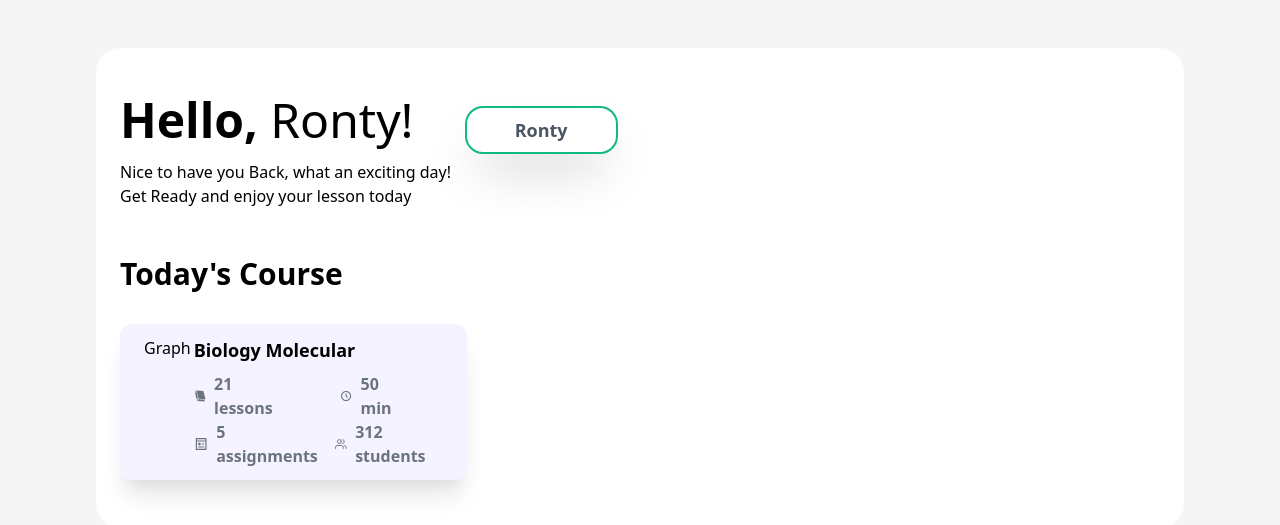
Repository: coolronts/Vite-Tailwind
Page: /
These files come from the project's save history. The page is drawn as it stood at one moment and after the next save; the edit follows.
The browser window is 1280 px wide. The pictures show the whole page.
The project was rebuilt for these pictures with package versions that can differ from the ones it lists, and the page was loaded fresh each time. Also part of the build but not shown: vite.config.js.

Above is the page before, as saved 2021-11-26 07:46:14.

### src/App.jsx
import './App.css'

import {Course, Intro} from './Section'
import { PrimaryButton, SecondaryButton } from './components/Button'

import {PrimaryCard} from './components/Card'
import SplitScreen from './components/SplitScreen'
import { useState } from 'react'

function App() {

  return (
    <div className="App bg-white my-12 mx-24 rounded-3xl px-6 py-12">
      <SplitScreen leftWeight = 'w-1/3'>
        <div id="left">
          <Intro/>
          <div id="course">
            <p className="text-3xl font-bold  font-sans mb-8">Today's Course</p>
            <PrimaryCard>
              <Course/>
            </PrimaryCard>
          </div>

        </div>

        <div id="right">
          <SecondaryButton name="Ronty"/>
        </div>


      </SplitScreen>
    </div>
  )
}

export default App

### src/Section/index.js
import Course from "./Course";
import Intro from "./Intro";

export { Intro, Course };

### src/components/Button/index.jsx
import React from 'react'

export const PrimaryButton = ({name}) =>{
  return (
    <button className="bg-green-500 px-12 py-2 ring-2 ring-green-500 text-white text-lg font-semibold shadow-2xl rounded-2xl mt-3">
      {name}
    </button>
  )
}

export const SecondaryButton = ({name}) =>{
  return (
    <button className="bg-white px-12 py-2 ring-2 ring-green-500 text-gray-600 text-lg font-semibold shadow-2xl rounded-2xl mt-3">
      {name}
    </button>
  )
}

### src/components/Card/index.jsx
import React from 'react'

export const PrimaryCard =({children})=> {
  return (
    <div className="bg-purple-50 py-3 px-6  rounded-xl shadow-xl">
      {children}
    </div>
  )
}

### src/components/SplitScreen/index.jsx
import PropTypes from 'prop-types'
import React from "react"
import tw from "tailwind-styled-components"

const Container = tw.div`${(props) => props.weight}`;

const Pane = tw.div`${(props) => props.weight}`;

const SplitScreen = ({
	children,
	containerWeight = 'flex w-full',
  leftWeight = 'w-1/2',
	rightWeight = 'w-1/2',
}) => {
	const [left, right] = children;
	return (
		<Container className={containerWeight}>
			<Pane className={leftWeight}>
				{left}
			</Pane>
			<Pane className={rightWeight}>
				{right}
			</Pane>
		</Container>
	);
}

export default SplitScreen

SplitScreen.propTypes = {
	children: PropTypes.arrayOf(PropTypes.node).isRequired,
	containerWeight: PropTypes.string,
	leftWeight: PropTypes.string,
	rightWeight: PropTypes.string,
}

### src/Section/Course/index.jsx
import {BiTimeFive} from 'react-icons/bi'
import {FiUsers} from 'react-icons/fi'
import { GiWhiteBook } from 'react-icons/gi'
import React from 'react'
import { RiPagesLine } from 'react-icons/ri'
import SplitScreen from '../../components/SplitScreen'

export default function Course() {
  return (
    <SplitScreen leftWeight = 'w-1/5' rightWeight = 'w-full'>
      <div id="left">
        Graph
      </div>
      <div id="right">
        <h4 className="font-bold text-lg mb-2">Biology Molecular</h4>
        <div className="flex flex-col w-5/6">
          <div className="flex  text-gray-500 font-semibold ">
            <p className="flex items-center mr-16"> <GiWhiteBook className="mr-2"/>  21 lessons</p>
            <p className="flex items-center"> <BiTimeFive className="mr-2"/>  50 min</p>
          </div>
          <div className="flex  text-gray-500 font-semibold text-left">
            <p className="flex items-center mr-4"> <RiPagesLine className="mr-2"/>  5 assignments</p>
            <p className="flex items-center"> <FiUsers className="mr-2"/>  312 students</p>
          </div>
        </div>
      </div>
    </SplitScreen>
  )
}

### src/Section/Intro/index.jsx
import React from 'react'

export default function Intro({name}) {
  return (
    <div className="mb-12">
      <h3 className="text-5xl font-sans font-bold mb-4">Hello, <span className="font-light">Ronty!</span> </h3>
      <div className="font-semibold tracking-wide text-gray-500">

      </div>
      <h5>Nice to have you Back, what an exciting day!</h5>
      <h5>Get Ready and enjoy your lesson today</h5>
    </div>
  )
}

Loaded but not shown: index.html (common file); src/main.jsx (common file); src/index.css (common file); src/App.css (common file); tailwind.config.js (common file)

After the next save:
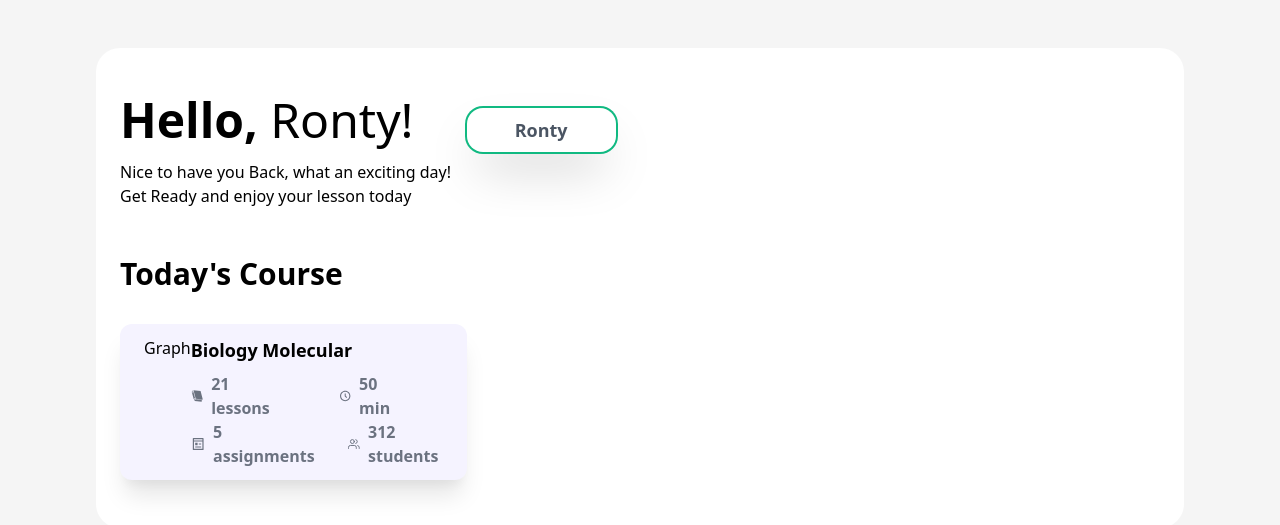
Saved 4 s later.
--- a/src/Section/Course/index.jsx
+++ b/src/Section/Course/index.jsx
@@ -19,7 +19,7 @@ export default function Course() {
             <p className="flex items-center"> <BiTimeFive className="mr-2"/>  50 min</p>
           </div>
           <div className="flex  text-gray-500 font-semibold text-left">
-            <p className="flex items-center mr-4"> <RiPagesLine className="mr-2"/>  5 assignments</p>
+            <p className="flex items-center mr-8"> <RiPagesLine className="mr-2"/>  5 assignments</p>
             <p className="flex items-center"> <FiUsers className="mr-2"/>  312 students</p>
           </div>
         </div>
